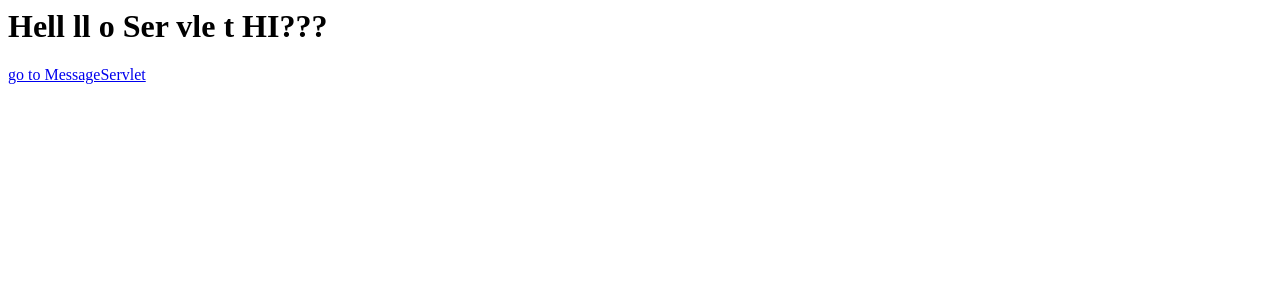
Repository: pencil-HB/SSAFY_Backend
Page: http://localhost/BackendProject/hi
The author's editor kept a copy of each file at every save. The page is drawn from the files as they stood at one save, then again after the next save.
The browser window is 1280 px wide. The pictures show the whole page.
The page is served by Tomcat 10. Other server files are loaded and not shown.

Above is the page before, as saved 2024-09-23 05:59:39.

### BackendProject/src/main/java/com/basic/HelloServlet.java
package com.basic;

import jakarta.servlet.ServletException;
import jakarta.servlet.annotation.WebServlet;
import jakarta.servlet.http.HttpServlet;
import jakarta.servlet.http.HttpServletRequest;
import jakarta.servlet.http.HttpServletResponse;
import java.io.IOException;
import java.io.PrintWriter;

//@WebServlet("/hi")
@WebServlet(urlPatterns = {"/hi", "/hello", "/HelloServlet"})
public class HelloServlet extends HttpServlet {

	//서비스 메소드 : 클라이언트로부터 요청이들어왔을 때 응답을 만들어내는 메소드.
	//request : 클라이언트에서 서버로 들어오는 '요청'과 관련된 모든 정보를 가지고 있는 객체
	//response : 서버에서 클라이언트로 나가는 '응답'과 관련된 모든 정보를 가지고 있는 객체
	protected void doGet(HttpServletRequest request, HttpServletResponse response) throws ServletException, IOException {
		// 1.서버에서 클라이언트로 보내는 응답의 컨텐트 타입 지정
		response.setContentType("text/html;charset=utf-8");//MIME TYPE

		// 2.클라이언트로 보낼 컨텐트의 출력을 위해 출력용 스트림 준비
		PrintWriter out = response.getWriter();

		// 3.스트림으로 보낼 내용 출력
		out.println("<html><body>");
		out.println("<h1>Hell ll o Ser   vle     t HI???</h1>");
		out.println("<a href='messageservlet'> go to MessageServlet");
		out.println("</html></body>");
	}

	protected void doPost(HttpServletRequest request, HttpServletResponse response) throws ServletException, IOException {
		// TODO Auto-generated method stub
		System.out.println("Do Post");
	}

}

After the next save:
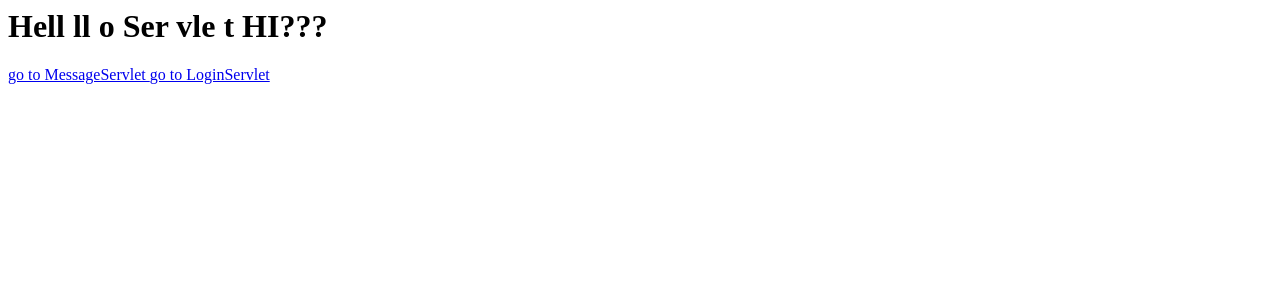
Saved 4 min 2 s later.
--- a/BackendProject/src/main/java/com/basic/HelloServlet.java
+++ b/BackendProject/src/main/java/com/basic/HelloServlet.java
@@ -26,6 +26,7 @@ public class HelloServlet extends HttpServlet {
 		out.println("<html><body>");
 		out.println("<h1>Hell ll o Ser   vle     t HI???</h1>");
 		out.println("<a href='messageservlet'> go to MessageServlet");
+		out.println("<a href='LoginServlet?id=day6&pw=최고'> go to LoginServlet");
 		out.println("</html></body>");
 	}
 
